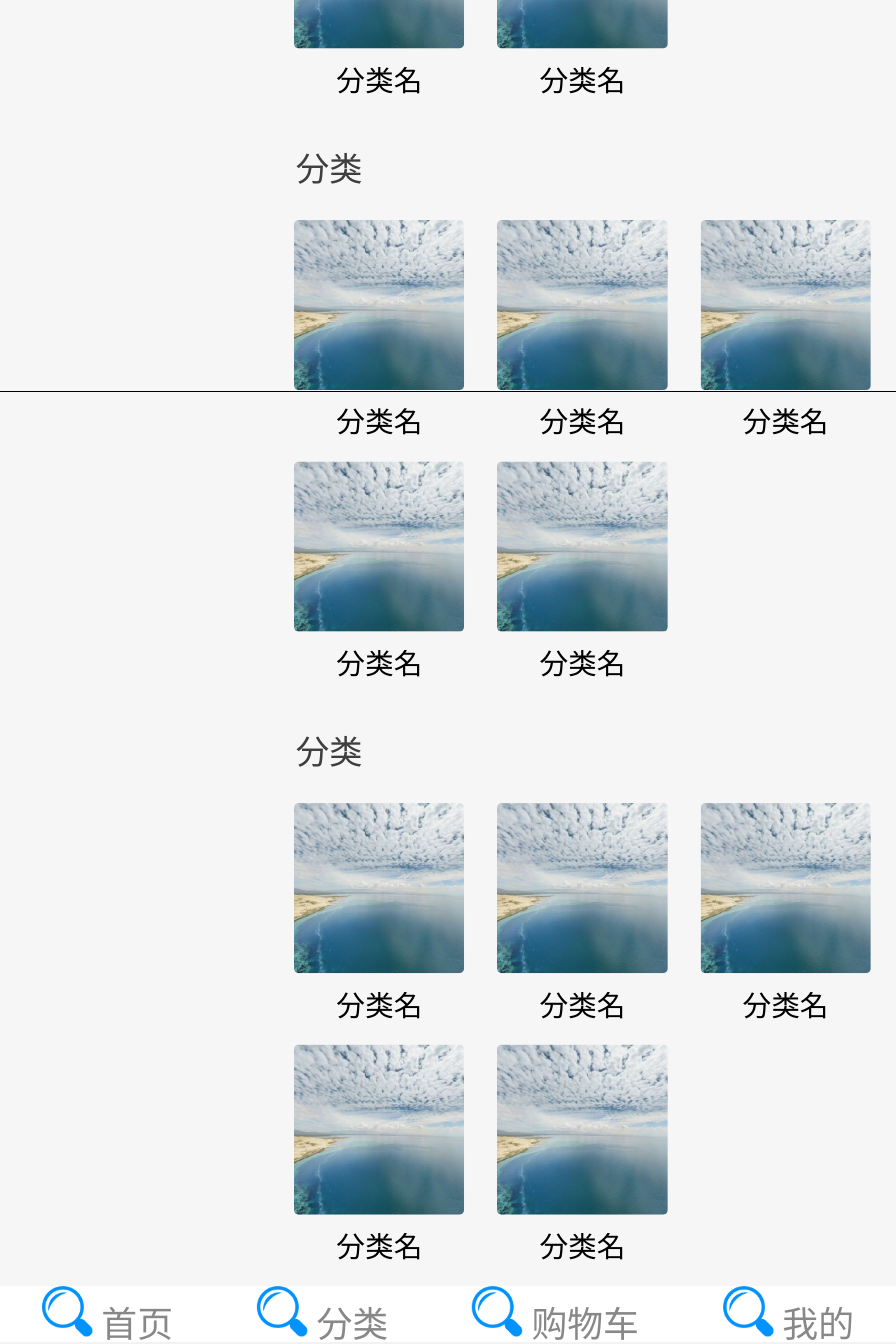
Repository: 421538074/sell
Page: consumer/goods-classify.html
These files come from the project's save history. The page is drawn as it stood at one moment and after the next save; the edit follows.
The browser window is 1280 px wide. The pictures show the part of the page from y = 2346 to 4266 px (the page is 4266 px tall before and 4237 px after), at 70% of full size.

Above is the page before, as saved 2019-05-29 17:10:11.

### consumer/goods-classify.html
<!DOCTYPE html>
<html lang="en">

<head>
    <meta charset="UTF-8">
    <meta name="viewport" content="width=device-width, initial-scale=1.0">
    <meta http-equiv="X-UA-Compatible" content="ie=edge">
    <title>商品分类</title>
    <link rel="stylesheet" href="../css/base.css">
    <link rel="stylesheet" href="css/goods-classify.css">
</head>

<body>
    <div id="app" class="content">
        <div class="search-bar-wrapper">
            <input placeholder="搜索关键字" type="text" class="search-input">
        </div>
        <div class="goods-classify-wrapper">
            <ul class="main-classify-wrapper">
                <li @click="triggerTab(n)" v-for="n in 20" :class="{active:n==currentIndex}" class="main-classify-item">
                    死靓仔，一起打球吗？
                </li>
            </ul>
            <div class="sub-classify-wrapper">
                <div v-for="n in 5" class="sub-classify-item">
                    <p class="sub-classify-item-title">
                        分类
                    </p>
                    <div class="sub-classify-item-wrapper">
                        <div v-for="n in 5" class="sub-sub-classify-item">
                            <img src="../img/1.jpg" class="classify-item-icon">
                            <p class="classify-title">分类名</p>
                        </div>
                    </div>
                </div>
            </div>
        </div>
        <nav class="tool-bar-wrapper">
            <a href="" class="nav-item">
                <img src="../img/soushuo.png" class="nav-item-icon">
                <span class="tilte">首页</span>
            </a>
            <a href="" class="nav-item">
                <img src="../img/soushuo.png" class="nav-item-icon">
                <span class="tilte">分类</span>
            </a>
            <a href="" class="nav-item">
                <img src="../img/soushuo.png" class="nav-item-icon">
                <span class="tilte">购物车</span>
            </a>
            <a href="" class="nav-item">
                <img src="../img/soushuo.png" class="nav-item-icon">
                <span class="tilte">我的</span>
            </a>
        </nav>
    </div>
    <script src="../js/api.js"></script>
    <script src="../js/vue.js"></script>
    <script src="js/vue-mixin.js"></script>
    <script src="js/goods-classify.js"></script>
</body>

</html>

### css/base.css
/* http://meyerweb.com/eric/tools/css/reset/
   v2.0 | 20110126
   License: none (public domain)
*/

html,
body,
div,
span,
applet,
object,
iframe,
h1,
h2,
h3,
h4,
h5,
h6,
p,
blockquote,
pre,
a,
abbr,
acronym,
address,
big,
cite,
code,
del,
dfn,
em,
img,
ins,
kbd,
q,
s,
samp,
small,
strike,
strong,
sub,
sup,
tt,
var,
b,
u,
i,
center,
dl,
dt,
dd,
ol,
ul,
li,
fieldset,
form,
label,
legend,
table,
caption,
tbody,
tfoot,
thead,
tr,
th,
td,
article,
aside,
canvas,
details,
embed,
figure,
figcaption,
footer,
header,
hgroup,
menu,
nav,
output,
ruby,
section,
summary,
time,
mark,
audio,
video {
    margin: 0;
    padding: 0;
    border: 0;
    font-size: 100%;
    font: inherit;
    vertical-align: baseline;
}

/* HTML5 display-role reset for older browsers */
article,
aside,
details,
figcaption,
figure,
footer,
header,
hgroup,
menu,
nav,
section {
    display: block;
}

body {
    line-height: 1;
}

ol,
ul {
    list-style: none;
}

blockquote,
q {
    quotes: none;
}

blockquote:before,
blockquote:after,
q:before,
q:after {
    content: '';
    content: none;
}

table {
    border-collapse: collapse;
    border-spacing: 0;
}


body,
html {
    font-size: calc(100vw / 37.5);
    font-family: PingFangSC-Medium;
    background: #F2F2F2;
}


[v-cloak] {
    display: none;
}


hr {
    margin: 0;
    padding: 0;
}

.clearfix {
    zoom: 1;
}

.clearfix:after {
    content: ".";
    display: block;
    visibility: hidden;
    height: 0;
    clear: both;
}

[v-cloak] {
    display: none;
}

### consumer/css/goods-classify.css
*{
    box-sizing: border-box;
}
html,body,div.content{
    height: 100%;
}
div.content {
    display: flex;
    flex-direction: column;
}
div.search-bar-wrapper{
    height: 4.5rem;
    display: flex;
    align-items: center;
    justify-content: center;
    background: #ffffff;
}
input.search-input {
    width: 90%;
    border: none;
    height: 60%;
    border-radius: 0.1rem;
    background: #F6F6F6;
    outline: 0;
}
input::-webkit-input-placeholder {
    color: #A9B7CE;
    text-align: center;
}
.goods-classify-wrapper {
    display: flex;
    flex: 1;
}
ul.main-classify-wrapper {
    overflow: scroll;
    height: 100%;
    width: 30%;
    background: #F6F6F6;
}
ul.main-classify-wrapper::-webkit-scrollbar,div.sub-classify-wrapper::-webkit-scrollbar {
    width: 0;
    height: 0;
}
li.main-classify-item {
    width: 100%;
    height: 3rem;
    line-height: 3rem;
    white-space: nowrap;
    overflow: hidden;
    text-overflow: ellipsis;
    background: #fff;
    margin-bottom: 1px;
    color: #3E3E3E;
    padding-left: 10px;
    font-size: 1.5rem;
}
li.main-classify-item.active {
    background: #F6F6F6;
    position: relative;
    color: #000000;
}
li.main-classify-item.active::after{
    content: '';
    position: absolute;
    background: #FFD162;
    height: 80%;
    width: 5px;
    left: 0;
    top: 10%;
}
.sub-classify-wrapper {
    flex: 1;
    background: #F6F6F6;
    overflow: scroll;
}
img.classify-item-icon {
    width: 19vw;
    height: 19vw;
    border-radius: 0.2rem;
}
p.sub-classify-item-title {
    font-size: 1.4rem;
    height: 3em;
    display: flex;
    align-items: center;
    color: #3E3E3E;
    padding-left: 3vw;
}
.sub-classify-item{
    width: 70vw;
}
.sub-sub-classify-item {
    width: calc(68vw / 3);
    margin-bottom: 1rem;
}
.sub-classify-item-wrapper {
    display: flex;
    align-items: center;
    flex-wrap: wrap;
    text-align: center;
    padding-left: 1vw;
}
p.classify-title {
    margin: 0 auto;
    font-size: 1.2rem;
    white-space: nowrap;
    overflow: hidden;
    text-overflow: ellipsis;
    max-width: 80%;
    margin-top: 0.6rem;
}
nav.tool-bar-wrapper {
    height: 3rem;
    background: #ffffff;
    display: flex;
    align-items: center;
    justify-content: space-around;
}
a.nav-item {
    color: #888888;
    text-decoration: none;
    font-size: 1.5rem;
}

### js/api.js



// window.warn = {
//     alert: function alert(msg) {
//         var template = `
// `
//         $('body').append(template);
//         $('.alert-body').animate({
//             top: "40px"
//         }, 200);
//         // setTimeout(function () {
//         //     warn.close();
//         // }, 1500);
//     },
//     close: function close() {
//         $('.alert-body').animate({
//             top: "-280px"
//         }, 200);
//         setTimeout(function () {
//             $('#alert-msg').remove();
//         }, 200);
//     }
// };

### consumer/js/vue-mixin.js
Vue.mixin({
    methods: {
        /**
         * 限制长度
         * @param {String} 要限制长度的字段
         * @param {Number} 长度
         */
        limitLength(key, length) {
            this[key] = this[key].substring(0, length);
        },
        /**
         * 验证11位手机号
         * @param {Number} phone
         */
        validatePhone(phone) {
            const phoneReg = /^[1-9][0-9]{9}[0-9]$/;
            return phoneReg.test(phone);
        },
        /**
         * 发送手机验证码
         * @param {Number} waitTimeKey 等待时间键名
         * @param {String} tipsKey 发送验证码显示的信息的键名
         * @param {String} phoneKey 手机号键名
         * @param {String} reSendMsg  按钮默认显示的文字
         */
        sendCode(waitTimeKey, tipsKey, phoneKey, defaultMsg) {
            if (!this.validatePhone(this[phoneKey])) {
                alert('无效手机号!');
                return;
            }
            if (this[waitTimeKey] == 60) {
                $.post('', {
                        phone: this[phoneKey]
                    }, (res) => {
                        if (res.status == 1) {
                            const interval = setInterval(() => {
                                if (this[waitTimeKey] == 1) {
                                    this[waitTimeKey] = 60;
                                    this[tipsKey] = defaultMsg;
                                    clearInterval(interval);
                                    return;
                                }
                                this[waitTimeKey] -= 1;
                                this[tipsKey] = `${this[waitTimeKey]}s`;
                            }, 1000);
                        } else {
                            alert('发送失败!');
                        }
                    }, 'json')
                    .fail(err => {
                        alert('服务器异常!');
                    });
            }
        },
        /**
         * 链接跳转
         * @param {String} url
         */
        linkTo(url) {
            window.location.href = url;
        }
    },
    filters: {

    }
})

### consumer/js/goods-classify.js
new Vue({
    el:'#app',
    data() {
        return {
            currentIndex:1
        }
    },
    methods: {
        triggerTab(index) {
            if(this.currentIndex != index) {
                this.currentIndex = index;
            }
        }
    },
})

Loaded but not shown: js/vue.js (library)

After the next save:
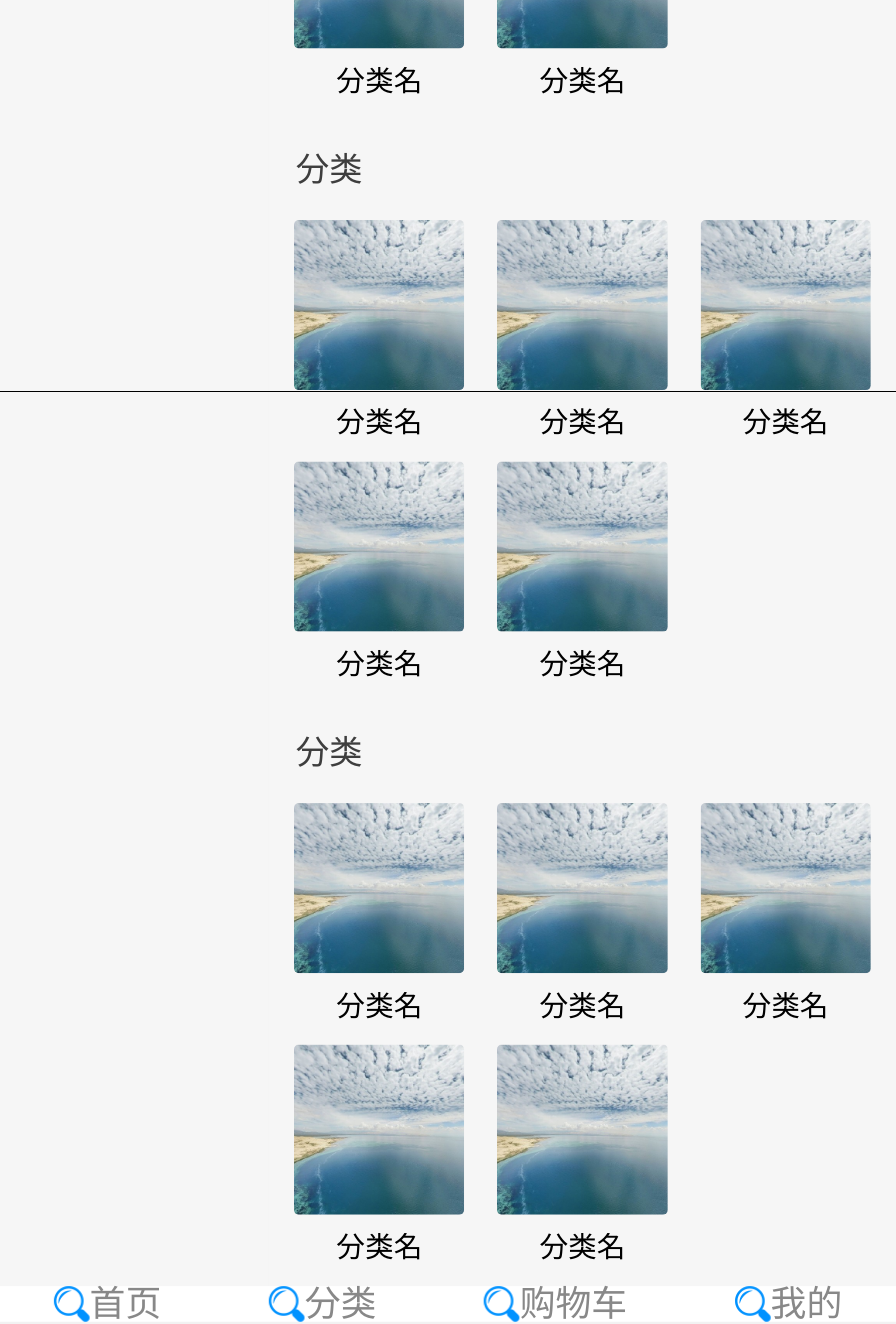
Saved 2 min 2 s later.
--- a/consumer/css/goods-classify.css
+++ b/consumer/css/goods-classify.css
@@ -120,4 +120,12 @@ a.nav-item {
     color: #888888;
     text-decoration: none;
     font-size: 1.5rem;
+    display: flex;
+    align-items: center;
+    justify-content: space-around;
+    height: 90%;
 }
+img.nav-item-icon{
+    width: 1.5rem;
+    height: 1.5rem;
+}
